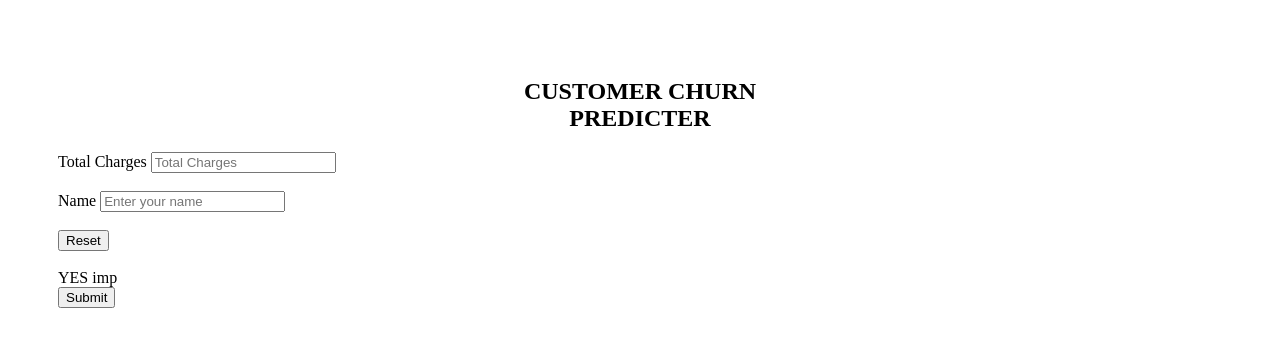
Repository: Cedrqmwesigwa/customer-churn-Bank
Page: index.html
An editor plug-in stored every save of this project. The page is shown before and after the next save, followed by the edit.
The browser window is 1280 px wide. The pictures show the whole page.

Above is the page before, as saved 2024-05-21 03:35:47.

After the next save:
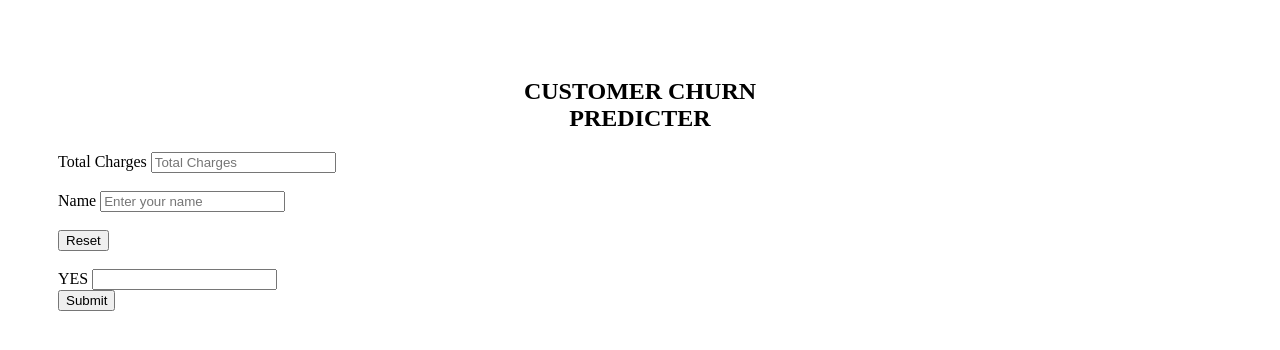
Saved 7 s later.
--- a/index.html
+++ b/index.html
@@ -52,7 +52,7 @@
 
                     <div>
                         <label>YES</label>
-                        imp
+                        <input type="text" class="radio">
                     </div>
 
                     <div>
